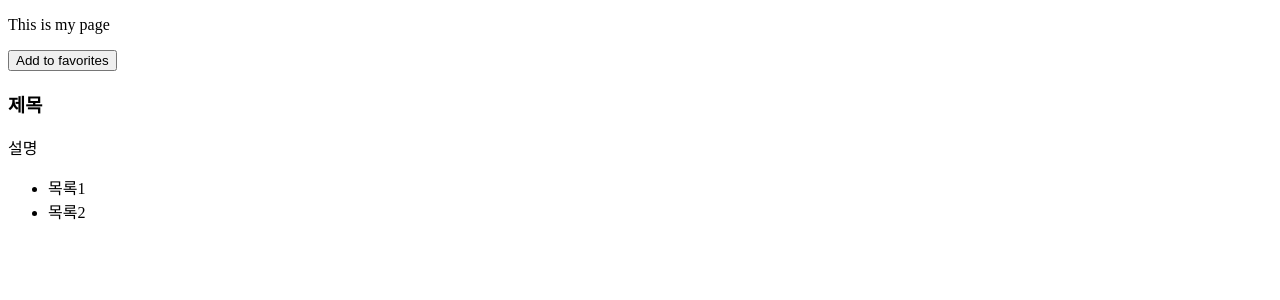
Repository: PareutPareut/frontend
Page: markDowns/htmlCssStudy/htmlStudy.html
An editor plug-in stored every save of this project. The page is shown before and after the next save, followed by the edit.
The browser window is 1280 px wide. The pictures show the whole page.

Above is the page before, as saved 2023-11-27 03:16:53.

### markDowns/htmlCssStudy/htmlStudy.html
<!doctype html>
<html lang="ko">
  <head>

    <meta charset="utf-8" />
    <title>My firtst log in</title>

  </head>
  <body>

    <p>This is my page</p>
    <button type="button">Add to favorites</button>

    <div id="구분용 div name">
        <h3>제목</h3>
        <p>설명</p>
        <ul>
            <li>목록1</li>
            <li>목록2</li>
        </ul>
    </div>

  </body>
</html>

After the next save:
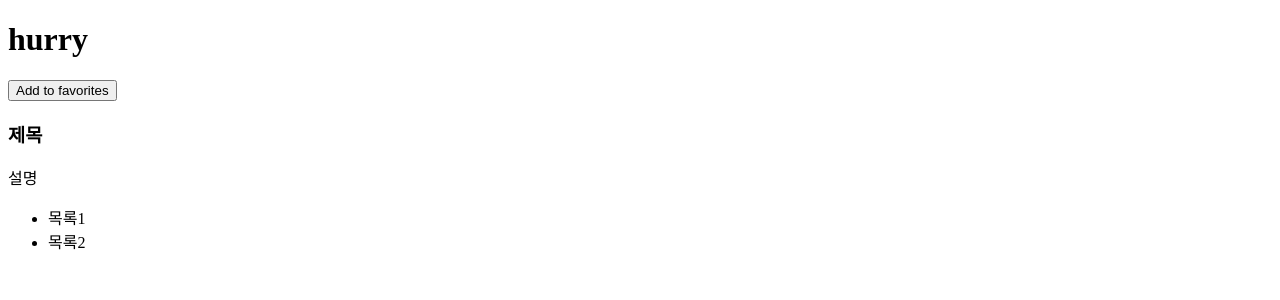
Saved 75 s later.
--- a/markDowns/htmlCssStudy/htmlStudy.html
+++ b/markDowns/htmlCssStudy/htmlStudy.html
@@ -3,12 +3,12 @@
   <head>
 
     <meta charset="utf-8" />
-    <title>My firtst log in</title>
+    <title>My firtst log-in page</title>
 
   </head>
   <body>
 
-    <p>This is my page</p>
+    <h1>hurry </h1>
     <button type="button">Add to favorites</button>
 
     <div id="구분용 div name">
